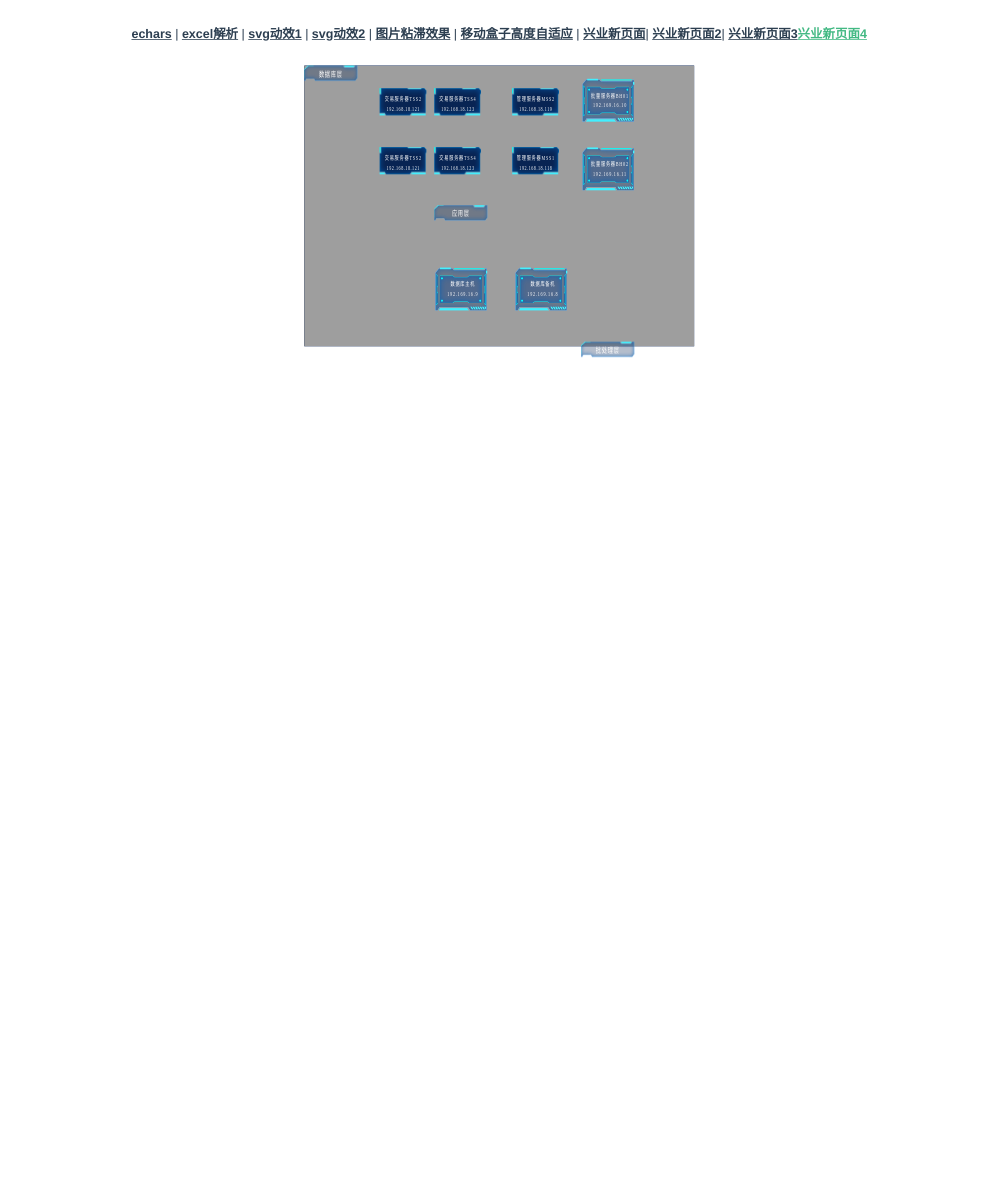
Repository: dmj199811/animation-dmj
Page: /#/work-page6
The author's editor kept a copy of each file at every save. The page is drawn from the files as they stood at one save, then again after the next save.
The browser window is 1280 px wide. The pictures show the whole page, at 78% of full size.
Pictures or frames that could not be fetched are drawn as grey boxes. The project was rebuilt for these pictures with package versions that can differ from the ones it lists, and the page was loaded fresh each time.

Above is the page before, as saved 2020-07-02 16:37:49.

After the next save:
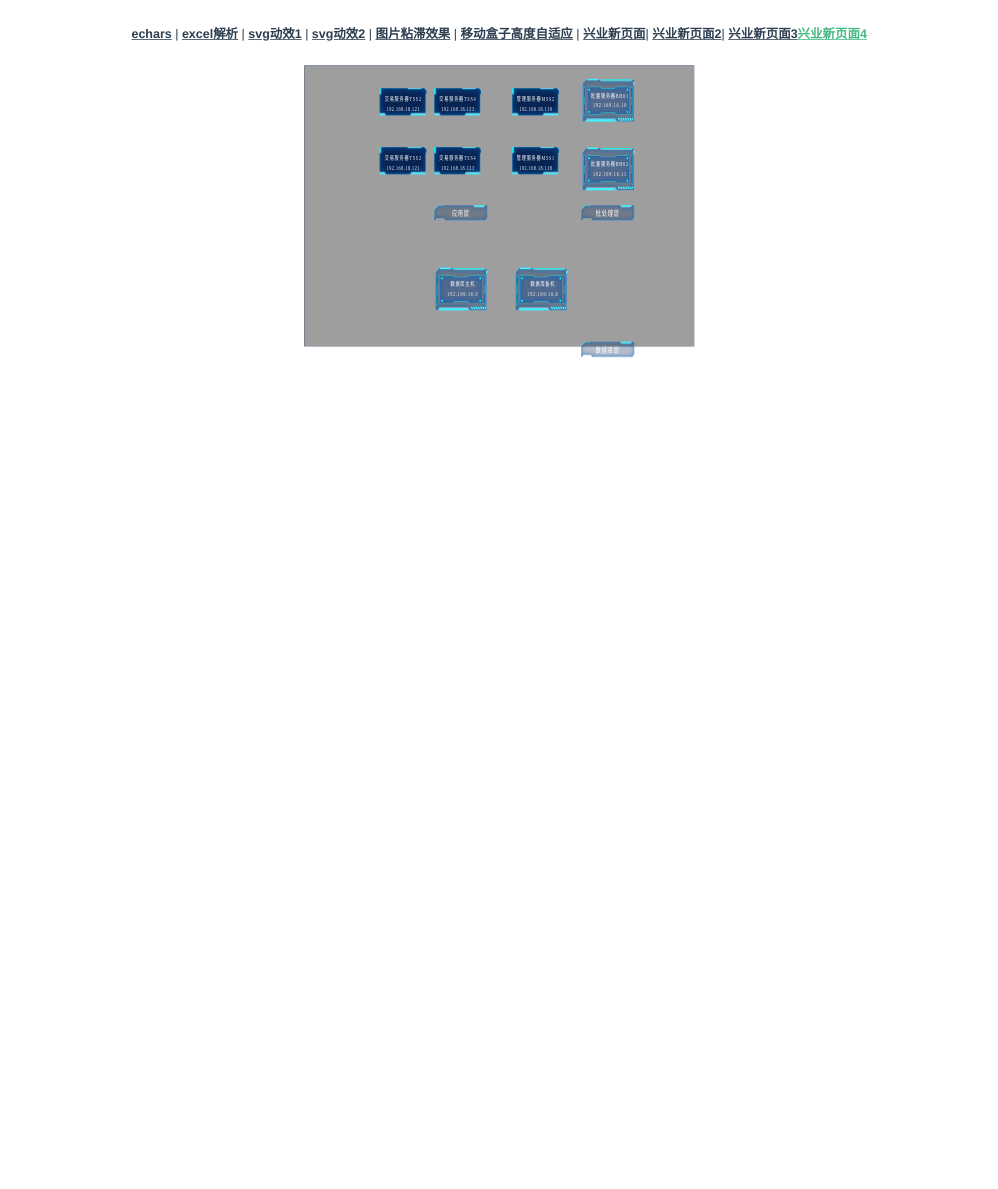
Saved 6 s later.
--- a/src/views/newPage4/index.vue
+++ b/src/views/newPage4/index.vue
@@ -315,7 +315,7 @@ export default {
   left: 1065px;
 }
 
-.layer-pos2 {
+.layer-pos3 {
   position: absolute;
   top: 708px;
   left: 1065px;
